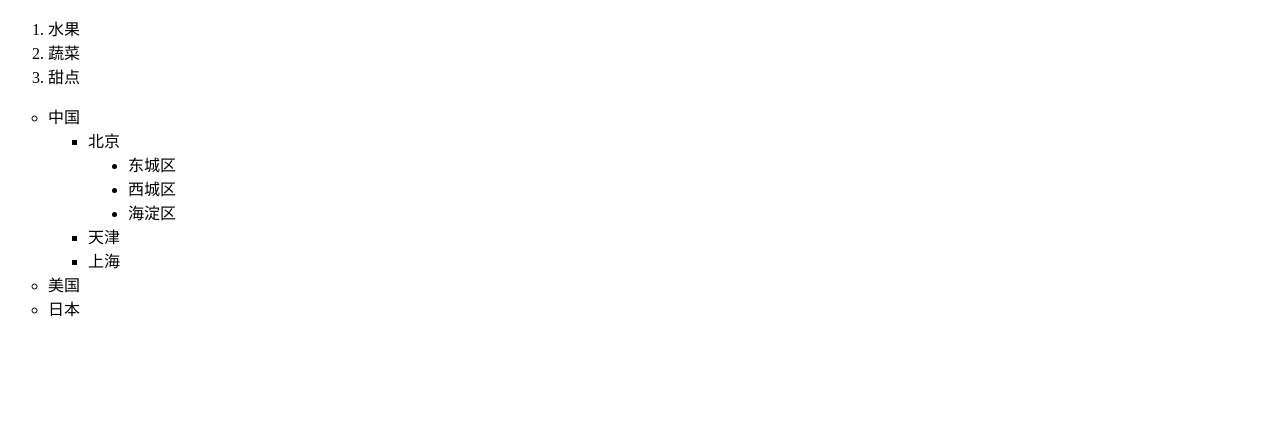
Repository: thidoiSanren/HTML_exercise
Page: 010-列表.html
An editor plug-in stored every save of this project. The page is shown before and after the next save, followed by the edit.
The browser window is 1280 px wide. The pictures show the whole page.

Above is the page before, as saved 2022-02-17 11:41:29.

After the next save:
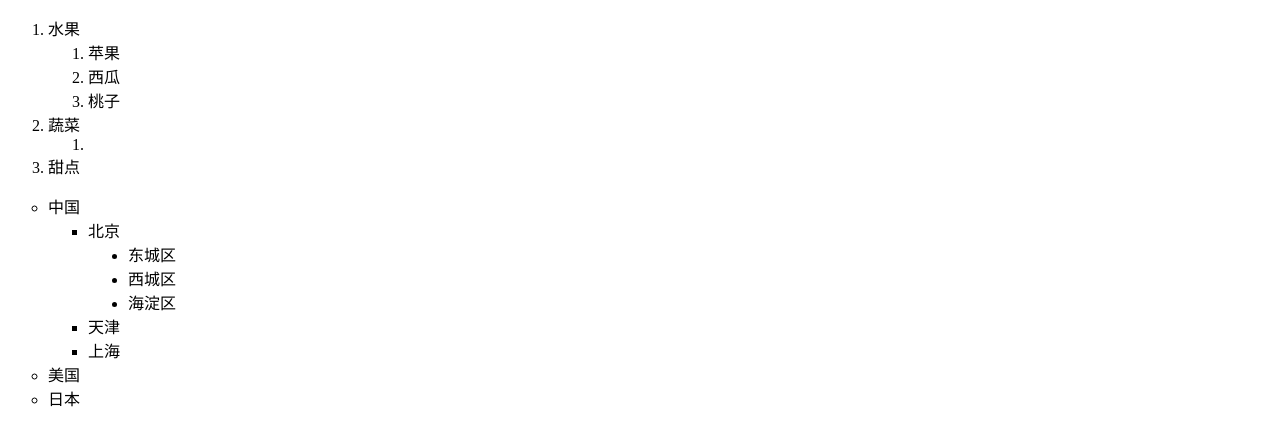
Saved 88 s later.
--- a/010-列表.html
+++ b/010-列表.html
@@ -7,8 +7,18 @@
 <body>
   <!--有序列表-->
   <ol>
-    <li>水果</li>
-    <li>蔬菜</li>
+    <li>水果
+      <ol>
+        <li>苹果</li>
+        <li>西瓜</li>
+        <li>桃子</li>
+      </ol>
+    </li>
+    <li>蔬菜
+      <ol>
+        <li></li>
+      </ol>
+    </li>
     <li>甜点</li>
   </ol>
   <!--无序列表-->
